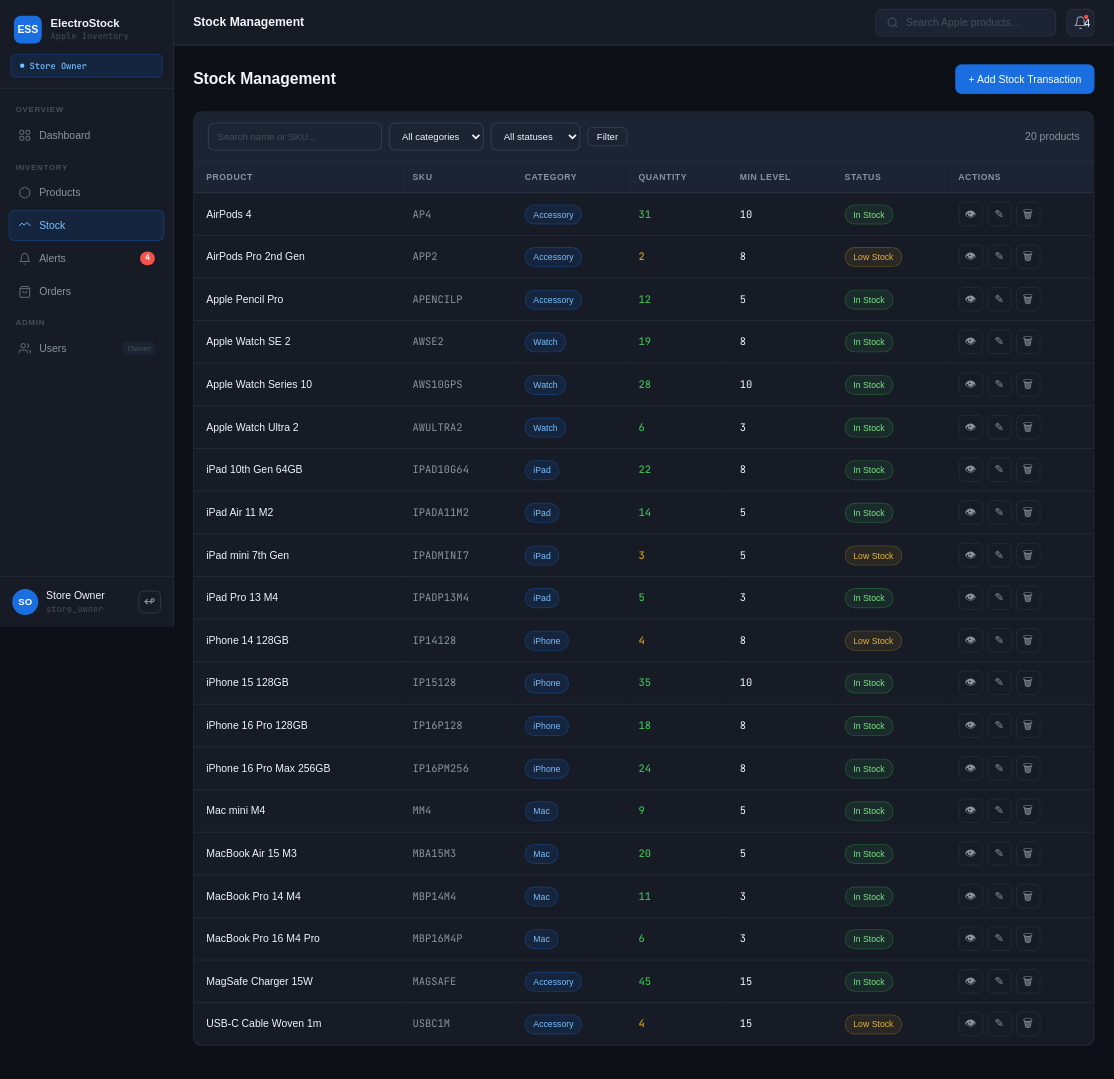
Repository: aayushaabsnss-web/ElectroStock-Solutions
Page: http://localhost/ESS/stock/index.php
These files come from the project's save history. The page is drawn as it stood at one moment and after the next save; the edit follows.
The browser window is 1280 px wide. The pictures show the whole page, at 87% of full size.
Some web fonts or font styles are not loaded; a fallback is used. The page is run by PHP 8.4 with error messages shown; the project is at /var/www/html/. The session is filled in as if someone had signed in: {"uid": 1, "name": "Store Owner", "role": "store_owner"}. The database holds what the project's SQL file puts in it.

Above is the page before, as saved 2026-05-13 10:44:59.

After the next save:
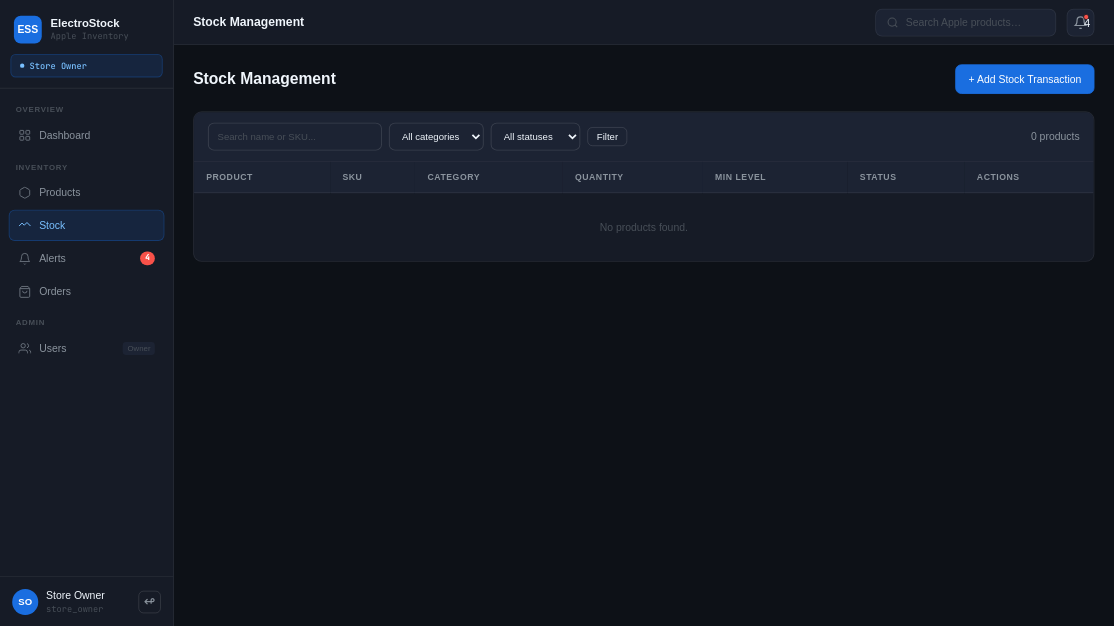
Saved 8 s later.
--- a/stock/index.php
+++ b/stock/index.php
@@ -1,33 +1,18 @@
 <?php
 /**
  * stock/index.php — Stock Levels (Presentation Layer)
- * Shows all products with stock info. Search, filter by category and status.
+ * Fetches product stock data and accesses via object getters.
  */
 $t = "Stock Management"; $a = "stock";
 require_once "../includes/header.php";
+require_once "../classes/Product.php";
 include  "../includes/flash.php";
 
-$q      = trim($_GET["q"]      ?? "");
-$cat    = $_GET["cat"]         ?? "";
-$status = $_GET["status"]      ?? "";
+$q = trim($_GET["q"] ?? ""); $cat = $_GET["cat"] ?? ""; $status = $_GET["status"] ?? "";
 
-$where = ["is_active=1"];
-if($q)      $where[] = "(name LIKE '%".mysqli_real_escape_string($conn,$q)."%' OR sku LIKE '%".mysqli_real_escape_string($conn,$q)."%')";
-if($cat)    $where[] = "category='".mysqli_real_escape_string($conn,$cat)."'";
-if($status === "in")  $where[] = "quantity > min_qty";
-if($status === "low") $where[] = "quantity > 0 AND quantity <= min_qty";
-if($status === "out") $where[] = "quantity = 0";
-
-$products = mysqli_query($conn,
-    "SELECT id, name, sku, category, quantity, min_qty,
-            CASE
-              WHEN quantity = 0        THEN 'Out of Stock'
-              WHEN quantity <= min_qty THEN 'Low Stock'
-              ELSE                          'In Stock'
-            END AS stock_status
-     FROM products WHERE ".implode(" AND ",$where)." ORDER BY name");
-
-$total = mysqli_num_rows($products);
+// Get Product objects — then filter/display stock info from each object
+$products = Product::search($conn, $q ?: null, $cat ?: null, $status ?: null);
+$total    = count($products);
 ?>
 <div class="page-hdr">
   <h1>Stock Management</h1>
@@ -49,48 +34,33 @@
       <option value="out" <?= $status==="out"?"selected":"" ?>>Out of Stock</option>
     </select>
     <button class="btn btn-outline btn-sm">Filter</button>
-    <?php if($q||$cat||$status): ?>
-    <a href="index.php" class="btn btn-outline btn-sm">Clear</a>
-    <?php endif; ?>
+    <?php if($q||$cat||$status): ?><a href="index.php" class="btn btn-outline btn-sm">Clear</a><?php endif; ?>
     <span style="margin-left:auto;font-size:12px;color:var(--t2)"><?= $total ?> product<?= $total!==1?"s":"" ?></span>
   </form>
   <table class="tbl">
-    <thead>
-      <tr>
-        <th>Product</th>
-        <th>SKU</th>
-        <th>Category</th>
-        <th>Quantity</th>
-        <th>Min level</th>
-        <th>Status</th>
-        <th>Actions</th>
-      </tr>
-    </thead>
+    <thead><tr><th>Product</th><th>SKU</th><th>Category</th><th>Quantity</th><th>Min level</th><th>Status</th><th>Actions</th></tr></thead>
     <tbody>
-    <?php $e=true; while($p=mysqli_fetch_assoc($products)): $e=false;
-      $bl=["In Stock"=>"b-green","Low Stock"=>"b-amber","Out of Stock"=>"b-red"];
-      $ql=["In Stock"=>"c-green","Low Stock"=>"c-amber","Out of Stock"=>"c-red"];
-    ?>
+    <?php if(empty($products)): ?>
+    <tr><td colspan="7" style="text-align:center;padding:30px;color:var(--t3)">No products found.</td></tr>
+    <?php else: ?>
+    <?php foreach($products as $product): // Each $product is a Product object ?>
     <tr>
-      <td class="fw"><?= h($p["name"]) ?></td>
-      <td class="mono muted"><?= h($p["sku"]) ?></td>
-      <td><span class="badge b-blue"><?= h($p["category"]) ?></span></td>
-      <td class="mono fw <?= $ql[$p["stock_status"]] ?>"><?= $p["quantity"] ?></td>
-      <td class="mono"><?= $p["min_qty"] ?></td>
-      <td><span class="badge <?= $bl[$p["stock_status"]] ?>"><?= $p["stock_status"] ?></span></td>
-      <td>
-        <div style="display:flex;gap:5px">
-          <a href="view.php?id=<?= $p["id"] ?>"  class="icon-btn" title="View">&#128065;</a>
-          <a href="edit.php?id=<?= $p["id"] ?>"  class="icon-btn" title="Edit">&#9998;</a>
-          <?php if(isOwner()): ?>
-          <a href="delete.php?id=<?= $p["id"] ?>" class="icon-btn del" title="Delete"
-             onclick="return confirm('Delete all stock records for <?= h(addslashes($p["name"])) ?>?')">&#128465;</a>
-          <?php endif; ?>
-        </div>
-      </td>
+      <td class="fw"><?= h($product->getName()) ?></td>
+      <td class="mono muted"><?= h($product->getSku()) ?></td>
+      <td><span class="badge b-blue"><?= h($product->getCategory()) ?></span></td>
+      <td class="mono fw" style="color:<?= ["In Stock"=>"var(--green)","Low Stock"=>"var(--amber)","Out of Stock"=>"var(--red)"][$product->getStockStatus()] ?>"><?= $product->getQuantity() ?></td>
+      <td class="mono"><?= $product->getMinQty() ?></td>
+      <td><span class="badge <?= $product->getStockBadge() ?>"><?= $product->getStockStatus() ?></span></td>
+      <td><div style="display:flex;gap:5px">
+        <a href="view.php?id=<?= $product->getId() ?>" class="icon-btn" title="View">&#128065;</a>
+        <a href="edit.php?id=<?= $product->getId() ?>" class="icon-btn" title="Edit">&#9998;</a>
+        <?php if(isOwner()): ?>
+        <a href="delete.php?id=<?= $product->getId() ?>" class="icon-btn del" title="Delete"
+           onclick="return confirm('Delete all stock for <?= h(addslashes($product->getName())) ?>?')">&#128465;</a>
+        <?php endif; ?>
+      </div></td>
     </tr>
-    <?php endwhile; if($e): ?>
-    <tr><td colspan="7" style="text-align:center;padding:30px;color:var(--t3)">No products found.</td></tr>
+    <?php endforeach; ?>
     <?php endif; ?>
     </tbody>
   </table>
